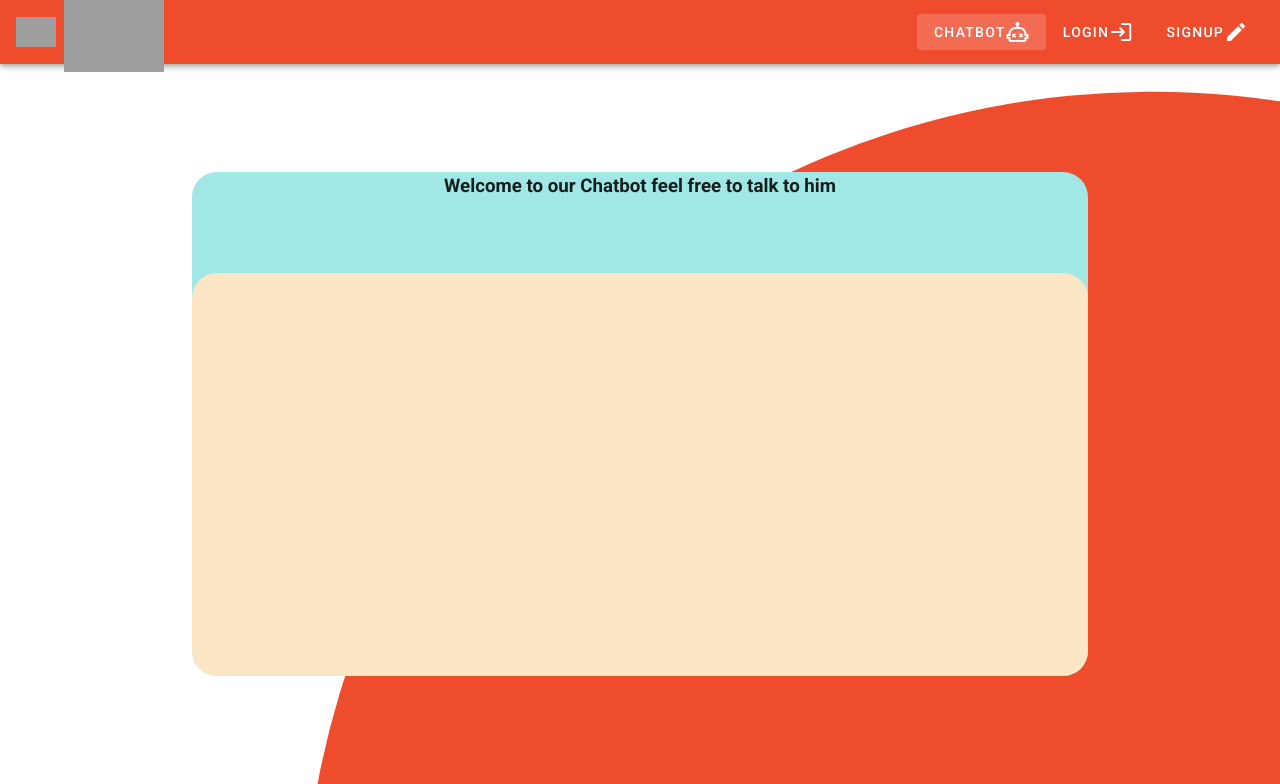
Repository: atout811/pyTorch-Hackathon
Page: /chatbot (app in frontend/)
These files come from the project's save history. The page is drawn as it stood at one moment and after the next save; the edit follows.
The browser window is 1280 px wide. The pictures show the whole page.
Pictures or frames that could not be fetched are drawn as grey boxes. The project was rebuilt for these pictures with package versions that can differ from the ones it lists, and the page was loaded fresh each time. Also part of the build but not shown: frontend/vue.config.js, frontend/src/views/Home.vue.

Above is the page before, as saved 2021-10-21 14:59:23.

### frontend/src/main.js
import Vue from 'vue'
import App from './App.vue'
import './registerServiceWorker'
import router from './router'
import store from './store'
import vuetify from './plugins/vuetify'
import instance from './plugins/axios'

Vue.config.productionTip = false
Vue.prototype.$axios = instance;

new Vue({
  router,
  store,
  vuetify,
  render: function (h) { return h(App) }
}).$mount('#app')

### frontend/src/App.vue
<template>
  <v-app>
    <v-app-bar app color="primary" dark>
      <div class="d-flex align-center">
        <v-img
          alt="Vuetify Logo"
          class="shrink mr-2"
          contain
          src="https://cdn.vuetifyjs.com/images/logos/vuetify-logo-dark.png"
          transition="scale-transition"
          width="40"
        />

        <v-img
          alt="Vuetify Name"
          class="shrink mt-1 hidden-sm-and-down"
          contain
          min-width="100"
          src="https://cdn.vuetifyjs.com/images/logos/vuetify-name-dark.png"
          width="100"
        />
      </div>

      <v-spacer></v-spacer>
      <v-btn to="/chatbot" text>
        <v-text>Chatbot</v-text>
        <v-icon>mdi-robot-dead-outline</v-icon>
      </v-btn>
      <v-btn to="/login" text>
        <v-text>Login</v-text>
        <v-icon>mdi-login</v-icon>
      </v-btn>
      <v-btn to="/signup" text>
        <v-text>Signup</v-text>
        <v-icon>mdi-pencil</v-icon>
      </v-btn>
    </v-app-bar>

    <v-main class="bubble">
      <router-view />
    </v-main>
  </v-app>
</template>

<script>
export default {
  name: "App",

  data: () => ({
    //
  }),
};
</script>
<style>
.bubble::before {
  background-color: var(--v-primary-base);
  clip-path: circle(80% at 90% 120%);
  width: 100%;
  height: 100%;
  content: "";
  position: absolute;
  box-sizing: none;
  top: 0;
  left: 0;
}
</style>

### frontend/src/router/index.js
import Vue from "vue";
import VueRouter from "vue-router";
import Home from "../views/Home.vue";

Vue.use(VueRouter);

const routes = [
  {
    path: "/",
    name: "Home",
    component: Home,
  },
  {
    path: "/about",
    name: "About",
    // route level code-splitting
    // this generates a separate chunk (about.[hash].js) for this route
    // which is lazy-loaded when the route is visited.
    component: function() {
      return import(/* webpackChunkName: "about" */ "../views/About.vue");
    },
  },
  {
    path: "/login",
    name: "Login",
    // route level code-splitting
    // this generates a separate chunk (Login.[hash].js) for this route
    // which is lazy-loaded when the route is visited.
    component: function() {
      return import(/* webpackChunkName: "Login" */ "../views/Login.vue");
    },
  },
  {
    path: "/signup",
    name: "Signup",
    // route level code-splitting
    // this generates a separate chunk (Signup.[hash].js) for this route
    // which is lazy-loaded when the route is visited.
    component: function() {
      return import(/* webpackChunkName: "Signup" */ "../views/Signup.vue");
    },
  },
  {
    path: "/chatbot",
    name: "chatbot",
    // route level code-splitting
    // this generates a separate chunk (Signup.[hash].js) for this route
    // which is lazy-loaded when the route is visited.
    component: function() {
      return import(/* webpackChunkName: "Signup" */ "../views/Chatbot.vue");
    },
  },
];

const router = new VueRouter({
  mode: "history",
  base: process.env.BASE_URL,
  routes,
});

export default router;

### frontend/src/plugins/vuetify.js
import Vue from 'vue';
import Vuetify from 'vuetify/lib/framework';

Vue.use(Vuetify);

export default new Vuetify({
    theme: {
        themes: {
            light: {
                primary: "#ee4c2c"
            }
        }, options: {
            customProperties: true
        },
    }
});

### frontend/src/plugins/axios.js
import axios from "axios";

const instance = axios.create({
    headers: {
        "Content-Type": "application/json"
    }
})

export default instance;

### frontend/src/views/Chatbot.vue
<template>
  <div class="baba">
    <div class="container">
      <h3>Welcome to our Chatbot feel free to talk to him</h3>
      <div class="chat-container"></div>
    </div>
  </div>
</template>

<script>
export default {
  name: "chatbot",
  data() {
    return {
      chat: [],
    };
  },
};
</script>

<style>
.baba {
  height: 100vh;
  width: 100vw;
  display: flex;
}
.container {
  height: 70vh;
  width: 70vw;
  padding: 0;
  align-self: center;
  /* margin: 10px; */
  background-color: #a0e7e5;
  border-radius: 25px;
  display: flex;
  flex-direction: column;
  justify-content: space-between;
  align-items: center;
}
.chat-container {
  height: 80%;
  width: 100%;
  /* margin: 10px; */
  background-color: #fbe7c6;
  border-radius: 25px;
}
</style>

Loaded but not shown: frontend/public/index.html (common file); frontend/src/registerServiceWorker.js (common file); frontend/src/store/index.js (common file)

After the next save:
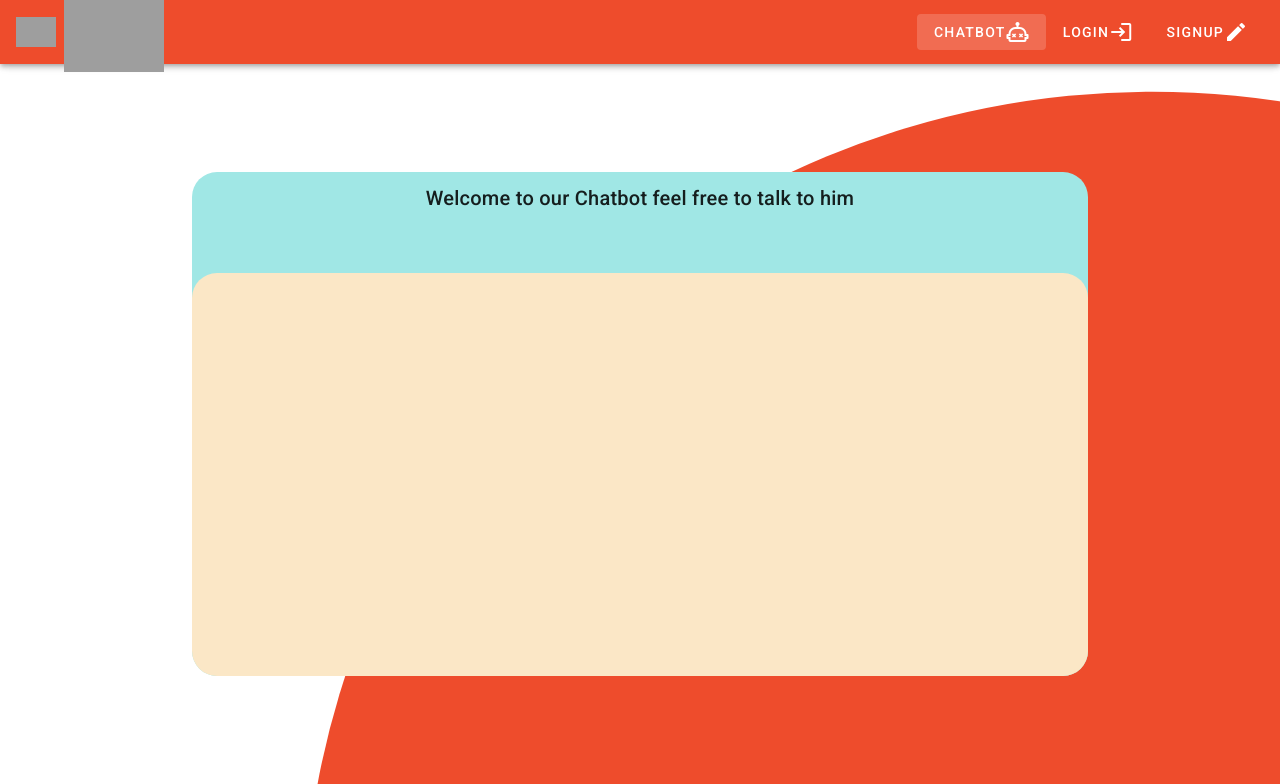
Saved 24 s later.
--- a/frontend/src/views/Chatbot.vue
+++ b/frontend/src/views/Chatbot.vue
@@ -1,7 +1,7 @@
 <template>
   <div class="baba">
     <div class="container">
-      <h3>Welcome to our Chatbot feel free to talk to him</h3>
+      <h3 class="title">Welcome to our Chatbot feel free to talk to him</h3>
       <div class="chat-container"></div>
     </div>
   </div>
@@ -37,6 +37,9 @@ export default {
   justify-content: space-between;
   align-items: center;
 }
+.title {
+  margin: 10px;
+}
 .chat-container {
   height: 80%;
   width: 100%;
